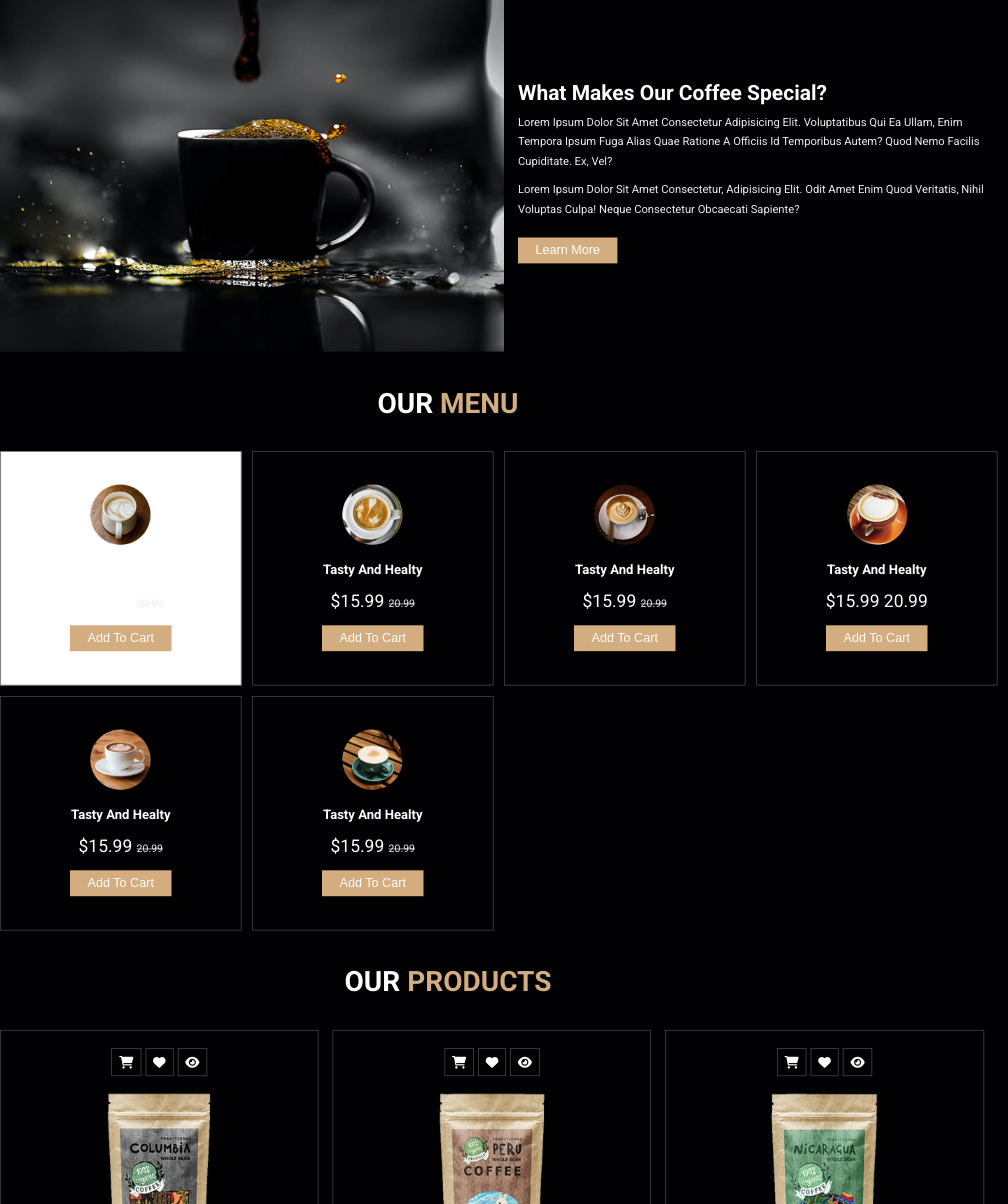
Repository: Dinhthai303/DinhThai
Page: index.html
The author's editor kept a copy of each file at every save. The page is drawn from the files as they stood at one save, then again after the next save.
The browser window is 1280 px wide. The page is 1440 px wide, so the pictures cover 1440 px, including what lies to the right of the window. The pictures show the part of the page from y = 1096 to 2816 px (the page is 3077 px tall), at 70% of full size.
The pointer rests on the first visible `.menu__item`.

Above is the page before, as saved 2021-11-28 01:03:31.

### index.html
<!DOCTYPE html>
<html lang="en">

<head>
    <meta charset="UTF-8">
    <meta http-equiv="X-UA-Compatible" content="IE=edge">
    <meta name="viewport" content="width=device-width, initial-scale=1.0">
    <title>Document</title>
    <!-- FONT AWESOME -->
    <link rel="stylesheet" href="https://cdnjs.cloudflare.com/ajax/libs/font-awesome/6.0.0-beta3/css/all.min.css"
        integrity="sha512-Fo3rlrZj/k7ujTnHg4CGR2D7kSs0v4LLanw2qksYuRlEzO+tcaEPQogQ0KaoGN26/zrn20ImR1DfuLWnOo7aBA=="
        crossorigin="anonymous" referrerpolicy="no-referrer" />
    <!-- GOOLE FONT -->
    <link rel="preconnect" href="https://fonts.googleapis.com">
    <link rel="preconnect" href="https://fonts.gstatic.com" crossorigin>
    <link href="https://fonts.googleapis.com/css2?family=Roboto:wght@300;400;500;700&display=swap" rel="stylesheet">
    <!-- MAIN CSS -->
    <link rel="stylesheet" href="./css/style.css">
</head>

<body>
    <header class="header">
        <div class="container">
            <div class="header__content">
                <div class="header__logo">
                    <img src="./images/logo.png" alt="">
                </div>
                <ul class="header__menu">
                    <li class="header__item"><a class="header__link" href="#">Home</a></li>
                    <li class="header__item"><a class="header__link" href="#">About</a></li>
                    <li class="header__item"><a class="header__link" href="#">Menu</a></li>
                    <li class="header__item"><a class="header__link" href="#">Product</a></li>
                    <li class="header__item"><a class="header__link" href="#">Review</a></li>
                    <li class="header__item"><a class="header__link" href="#">Contact</a></li>
                    <li class="header__item"><a class="header__link" href="#">Blog</a></li>
                </ul>
                <div class="header__icon">
                    <i class="fa fa-search"></i>
                    <i class="fa fa-shopping-cart"></i>
                </div>
            </div>
        </div>
    </header>
    <section class="banner">
        <div class="banner__content">
            <img class="banner__image" src="./images/home-img.jpeg" alt="">
            <div class="banner__text">
                <h3 class="banner__title">FRESH COFFEE IN THE MORNING</h3>
                <p class="banner__desc">Lorem Ipsum, Dolor Sit Amet Consectetur Adipisicing Elit. Placeat Labore, Sint
                    Cupiditate Distinctio Tempora Reiciendis.</p>
                <button class="btn">Get Your now</button>
            </div>
        </div>
    </section>
    <section class="about">
        <h2 class="heading">About <span>us</span></h2>
        <div class="container">
            <div class="about__content">
                <div class="about__left">
                    <img class="about__image" src="./images/about-img.jpeg" alt="">
                </div>
                <div class="about__right">
                    <div class="about__text">
                        <h2 class="about__title">What Makes Our Coffee Special?</h2>
                        <p class="about__desc">Lorem Ipsum Dolor Sit Amet Consectetur Adipisicing Elit. Voluptatibus Qui
                            Ea Ullam, Enim Tempora Ipsum Fuga Alias Quae Ratione A Officiis Id Temporibus Autem? Quod
                            Nemo Facilis Cupiditate. Ex, Vel?</p>
                        <p class="about__desc">Lorem Ipsum Dolor Sit Amet Consectetur, Adipisicing Elit. Odit Amet Enim
                            Quod Veritatis, Nihil Voluptas Culpa! Neque Consectetur Obcaecati Sapiente?</p>
                        <button class="btn about__button">Learn More</button>
                    </div>
                </div>
            </div>
        </div>
    </section>
    <section class="menu">
        <h2 class="heading"><span>our</span> menu</h2>
        <div class="container">
            <div class="menu__content">
                <div class="menu__item">
                    <div class="menu__text">
                        <img src="./images/menu-1.png" alt="" class="menu__img">
                        <h3 class="menu__title">Tasty And Healty
                        </h3>
                        <div class="menu__price price">$15.99 <span class="menu__price--old old">20.99</span></div>
                        <button class="btn menu__button">Add To Cart</button>
                    </div>
                </div>
                <div class="menu__item">
                    <div class="menu__text">
                        <img src="./images/menu-2.png" alt="" class="menu__img">
                        <h3 class="menu__title">Tasty And Healty
                        </h3>
                        <div class="menu__price price">$15.99 <span class="menu__price--old old">20.99</span></div>
                        <button class="btn menu__button">Add To Cart</button>
                    </div>
                </div>
                <div class="menu__item">
                    <div class="menu__text">
                        <img src="./images/menu-3.png" alt="" class="menu__img">
                        <h3 class="menu__title">Tasty And Healty
                        </h3>
                        <div class="menu__price price">$15.99 <span class="menu__price--old old">20.99</span></div>
                        <button class="btn menu__button">Add To Cart</button>
                    </div>
                </div>
                <div class="menu__item">
                    <div class="menu__text">
                        <img src="./images/menu-4.png" alt="" class="menu__img">
                        <h3 class="menu__title">Tasty And Healty
                        </h3>
                        <div class="menu__price price">$15.99 <span class="menu__price--old price">20.99</span></div>
                        <button class="btn menu__button">Add To Cart</button>
                    </div>
                </div>
                <div class="menu__item">
                    <div class="menu__text">
                        <img src="./images/menu-5.png" alt="" class="menu__img">
                        <h3 class="menu__title">Tasty And Healty
                        </h3>
                        <div class="menu__price price">$15.99 <span class="menu__price--old old">20.99</span></div>
                        <button class="btn menu__button">Add To Cart</button>
                    </div>
                </div>
                <div class="menu__item">
                    <div class="menu__text">
                        <img src="./images/menu-6.png" alt="" class="menu__img">
                        <h3 class="menu__title">Tasty And Healty
                        </h3>
                        <div class="menu__price price">$15.99 <span class="menu__price--old old">20.99</span></div>
                        <button class="btn menu__button">Add To Cart</button>
                    </div>
                </div>
            </div>
        </div>
    </section>
    <section class="products">
        <h2 class="heading"><span>OUR</span> PRODUCTS</h2>
        <div class="container">
            <div class="products__content">
                <div class="products__item">
                    <div class="products__social">
                        <i class="fa fa-shopping-cart"></i>
                        <i class="fa fa-heart"></i>
                        <i class="fa fa-eye"></i>
                    </div>
                    <div class="products__img">
                        <img src="./images/product-2.png" alt="">
                    </div>
                    <h3 class="products__title">Fresh Coffee</h3>
                    <div class="products__star">
                        <i class="fa fa-star"></i>
                        <i class="fa fa-star"></i>
                        <i class="fa fa-star"></i>
                        <i class="fa fa-star"></i>
                        <i class="fa fa-star-half-alt"></i>
                    </div>
                    <div class="price">$15.99 <span class="old">20.99</span></div>
                </div>
                <div class="products__item">
                    <div class="products__social">
                        <i class="fa fa-shopping-cart"></i>
                        <i class="fa fa-heart"></i>
                        <i class="fa fa-eye"></i>
                    </div>
                    <div class="products__img">
                        <img src="./images/product-3.png" alt="">
                    </div>
                    <h3 class="products__title">Fresh Coffee</h3>
                    <div class="products__star">
                        <i class="fa fa-star"></i>
                        <i class="fa fa-star"></i>
                        <i class="fa fa-star"></i>
                        <i class="fa fa-star"></i>
                        <i class="fa fa-star-half-alt"></i>
                    </div>
                    <div class="price">$15.99 <span class="old">20.99</span></div>
                </div>
                <div class="products__item">
                    <div class="products__social">
                        <i class="fa fa-shopping-cart"></i>
                        <i class="fa fa-heart"></i>
                        <i class="fa fa-eye"></i>
                    </div>
                    <div class="products__img">
                        <img src="./images/product-1.png" alt="">
                    </div>
                    <h3 class="products__title">Fresh Coffee</h3>
                    <div class="products__star">
                        <i class="fa fa-star"></i>
                        <i class="fa fa-star"></i>
                        <i class="fa fa-star"></i>
                        <i class="fa fa-star"></i>
                        <i class="fa fa-star-half-alt"></i>
                    </div>
                    <div class="price">$15.99 <span class="old">20.99</span></div>
                </div>
            </div>
        </div>
    </section>
    <section class="review"></section>
    <section class="contact"></section>
    <section class="blog"></section>
    <footer class="footer"></footer>
</body>

</html>

### css/style.css
*{
    margin: 0;
    padding: 0;
    box-sizing: border-box;
}
body{
    font-family: 'Roboto', sans-serif;
    background-color: #010103;
    font-weight: 400;
}
.heading{
    color: #D3AD7F;
    text-transform: uppercase;
    font-size: 40px;
    text-align: center;
    margin-bottom: 45px;
    margin-top: 50px;
}
.heading span{
    color: white;
}
.container{
    width: 1440px;
    margin: 0 auto;
}
.header{
    background-color: #010103;
    border-bottom: 1px solid #4D4E4F;
}
.header__content{
    display: flex;
    justify-content: space-between;
    align-items: center;
    background-color: #010103;
    padding: 15px 0;
}
.header__menu{
    display: flex;
    list-style: none;
    gap: 20px;
}
.header__item:hover .header__link{
    color: #D3AD7F;
}
.header__item:hover .header__link::after{
    opacity: 1;
    transform: translateY(7px);
}
.header__link::after{
    content: "";
    width: 100%;
    height: 2px;
    position: absolute;
    left: 0;
    bottom: 0;
    background-color: #D3AD7F;
    transition: all .5s;
    opacity: 0;
}
.header__link{
    position: relative;
    color: white;
    text-decoration: none;
}
.header__icon i{
    color: white;
    font-size: 23px;
    margin: 0 10px;
    cursor: pointer;
}
.header__icon i:hover{
    color: #D3AD7F;
}
.header__logo img{
    width: 70px;
}
.banner__content{
    position: relative;
    width: 100%;
    height: 850px;
}
.banner__image{
    width: 100%;
    height: 100%;
    object-fit: cover;
}
.banner__text{
    position: absolute;
    top: 50%;
    left: 120px;
    transform: translateY(-50%);
    width: 570px;
}
.banner__title{
    font-size: 58px;
    color: white;
}
.banner__desc{
    font-size: 20px;
    color: rgb(238, 238, 238);
    font-weight: lighter;
    line-height: 1.8;
    margin: 20px 0;
}
.btn{
    background-color: #D3AD7F;
    border: none;
    color: white;
    padding: 8px 25px;
    font-size: 18px;
    cursor: pointer;
    transition: all .25s;
}
.btn:hover{
    letter-spacing: 1px;
}
.menu__item:hover{
    background-color: white;
    color: black;
}
.about__image{
    width: 100%;
    display: block;
}
.about__left, .about__right{
    width: 50%;
}
.about__content{
    display: flex;
}
.about__title{
    color: white;
    font-size: 30px;
}
.about__right{
    display: flex;
    align-items: center;
}
.about__desc{
    color: rgb(238, 238, 238);
    margin-top: 10px;
    line-height: 1.8;
}
.about__button{
    margin-top: 25px;
}
.about__text{
    margin-left: 20px;
}
.menu__content{
    display: flex;
    flex-wrap: wrap;
    gap: 15px;
}
.menu__item{
    width: calc(25% - 15px);
    border: 1px solid #4D4E4F;
    height: 335px;
    text-align: center;
    display: flex;
    justify-content: center;
    align-items: center;
    transition: all .25s;
}
.menu__title{
    color: white;
    margin-top: 20px;
}
.price{
    color: white;
    font-size: 25px;
    margin: 20px 0;
}
.old{
    color: rgb(238, 238, 238);
    text-decoration: line-through;
    font-size: 15px;
}
.products__content{
    display: flex;
    gap: 20px;
}
.products__item{
    width: calc(33% - 20px);
    border: 1px solid #4D4E4F;
    text-align: center;
    padding: 25px 0;
}
.products__title{
    color: white;
    margin-top: 20px;
    font-size: 25px;
}
.products__social{
    margin-bottom: 25px;
}
.products__social i:hover {
    background-color: #D3AD7F;
}
.products__social i {
    color: white;
    padding: 10px 10px;
    border: 1px solid #4D4E4F;
    font-size: 18px;
    margin: 0 1px;
    cursor: pointer;
}
.products__star {
    color: #D3AD7F;
    margin-top: 15px;
}

After the next save:
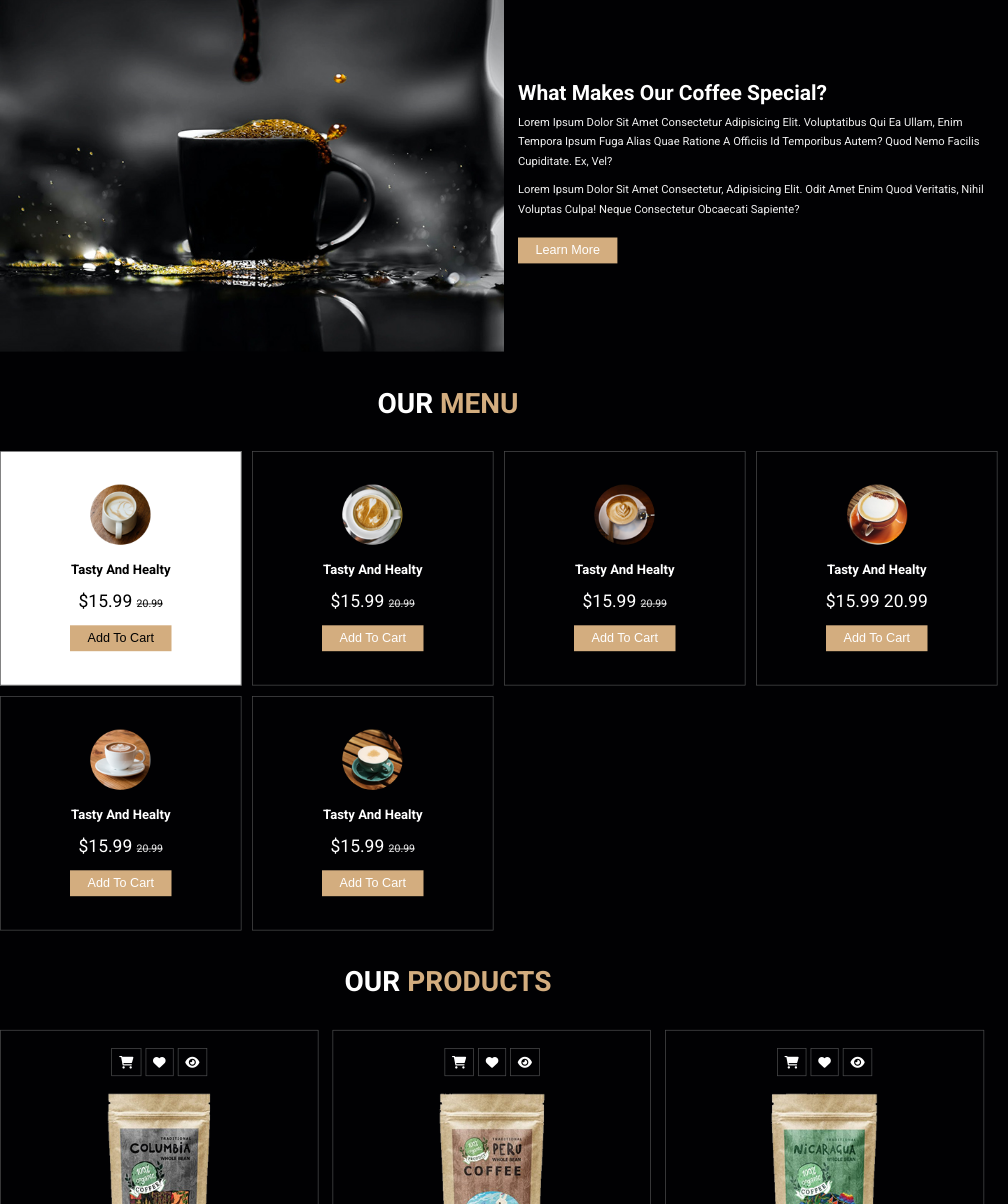
Saved 76 s later.
--- a/css/style.css
+++ b/css/style.css
@@ -116,6 +116,8 @@ body{
 }
 .menu__item:hover{
     background-color: white;
+}
+.menu__item:hover *{
     color: black;
 }
 .about__image{
